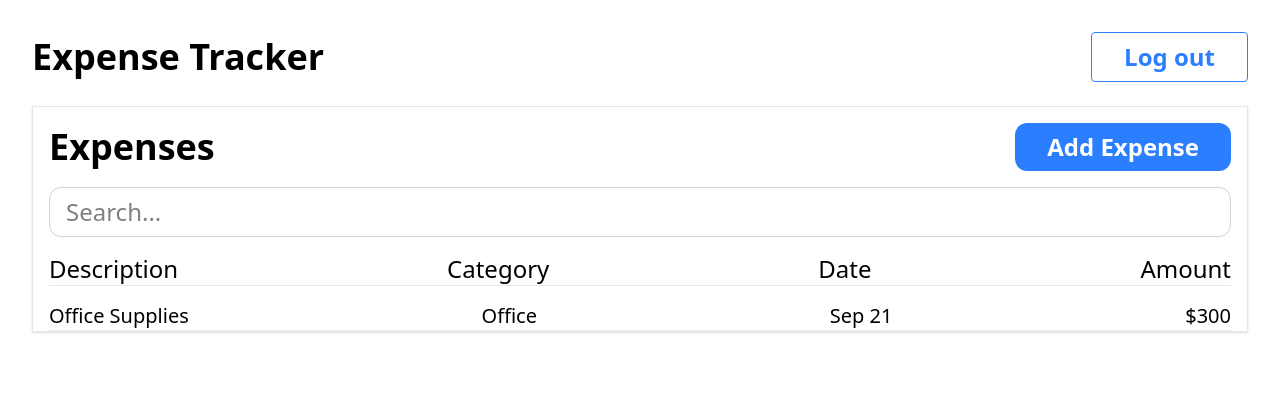
Repository: Syed-Mohsin-Ali786/frontend-expense-tracker
Page: /
The author's editor kept a copy of each file at every save. The page is drawn from the files as they stood at one save, then again after the next save.
The browser window is 1280 px wide. The pictures show the whole page.
The project was rebuilt for these pictures with package versions that can differ from the ones it lists, and the page was loaded fresh each time. Also part of the build but not shown: src/components/ui/input.tsx, src/components/ui/label.tsx.

Above is the page before, as saved 2025-09-29 10:09:51.

### src/App.tsx
import "./App.css";
import { AddExpenseDialog } from "./components/AddExpenseDialog";

function App() {
  const handleClick=(e)=>{
    console.log(e);
    <AddExpenseDialog/>

  }
  return (
    <div className=" mt-4 mx-4 p-4">
      {/* Header */}
      <header className="flex items-center justify-between">
        <h1 className="text-4xl  font-semibold">Expense Tracker</h1>
        <button className="cursor-pointer border border-blue-500 py-2 px-3 md:px-6 lg:px-8 rounded font-semibold text-blue-500 text-2xl hover:bg-blue-500 hover:text-[#fff]">
          Log out
        </button>
      </header>

      {/* The main page */}
      <section className="mt-6 shadow border-gray-200 border px-4">
        {/* Expenses */}
        <div className="flex flex-col justify-between mt-4 ">
          <div className="flex justify-between items-center ">
            <h1 className="text-4xl  font-semibold">Expenses</h1>
            <button onClick={handleClick} className="cursor-pointer hover:bg-blue-600 bg-blue-500  py-2 px-3 md:px-6 lg:px-8 rounded-[12px] font-semibold text-[#ffff] text-2xl">
              Add Expense
            </button>
          </div>
          <div>
            <input
              type="text"
              placeholder="Search..."
              className="py-2 px-4 w-full text-2xl border-gray-300 border rounded-[12px] mt-4 outline-gray-500 "
            />
            <div className="flex text-2xl items-center justify-between mt-4 border-gray-200 border-b">
              <p>Description</p>
              <p>Category</p>
              <p>Date</p>
              <p>Amount</p>
            </div>
            <div className="flex text-xl items-center justify-between mt-4 border-gray-200 border-b">
              <p>Office Supplies</p>
              <p>Office</p>
              <p> Sep 21</p>
              <p>$300</p>
            </div>
          </div>
        </div>
        {/* Charts */}
        <div>

        </div>
      </section>
    </div>
  );
}

export default App;

### src/components/AddExpenseDialog.tsx
import {
  Dialog,
  DialogContent,
  DialogHeader,
  DialogTitle,
  DialogTrigger,
} from "@/components/ui/dialog"
import { Button } from "@/components/ui/button"
import { Input } from "@/components/ui/input"
import { Label } from "@/components/ui/label"

export function AddExpenseDialog() {
  return (
    <Dialog>
      <DialogTrigger asChild>
        <Button>Add Expense</Button>
      </DialogTrigger>
      <DialogContent>
        <DialogHeader>
          <DialogTitle>Add New Expense</DialogTitle>
        </DialogHeader>
        <form className="space-y-4">
          <div>
            <Label>Amount</Label>
            <Input type="number" placeholder="Enter amount" />
          </div>
          <div>
            <Label>Category</Label>
            <Input type="text" placeholder="Food, Travel, etc." />
          </div>
          <div>
            <Label>Date</Label>
            <Input type="date" />
          </div>
          <div>
            <Label>Description</Label>
            <Input type="text" placeholder="Optional description" />
          </div>
          <Button type="submit" className="w-full">Save</Button>
        </form>
      </DialogContent>
    </Dialog>
  )
}

### src/components/ui/dialog.tsx
import * as React from "react"
import * as DialogPrimitive from "@radix-ui/react-dialog"
import { XIcon } from "lucide-react"

import { cn } from "@/lib/utils"

function Dialog({
  ...props
}: React.ComponentProps<typeof DialogPrimitive.Root>) {
  return <DialogPrimitive.Root data-slot="dialog" {...props} />
}

function DialogTrigger({
  ...props
}: React.ComponentProps<typeof DialogPrimitive.Trigger>) {
  return <DialogPrimitive.Trigger data-slot="dialog-trigger" {...props} />
}

function DialogPortal({
  ...props
}: React.ComponentProps<typeof DialogPrimitive.Portal>) {
  return <DialogPrimitive.Portal data-slot="dialog-portal" {...props} />
}

function DialogClose({
  ...props
}: React.ComponentProps<typeof DialogPrimitive.Close>) {
  return <DialogPrimitive.Close data-slot="dialog-close" {...props} />
}

function DialogOverlay({
  className,
  ...props
}: React.ComponentProps<typeof DialogPrimitive.Overlay>) {
  return (
    <DialogPrimitive.Overlay
      data-slot="dialog-overlay"
      className={cn(
        "data-[state=open]:animate-in data-[state=closed]:animate-out data-[state=closed]:fade-out-0 data-[state=open]:fade-in-0 fixed inset-0 z-50 bg-black/50",
        className
      )}
      {...props}
    />
  )
}

function DialogContent({
  className,
  children,
  showCloseButton = true,
  ...props
}: React.ComponentProps<typeof DialogPrimitive.Content> & {
  showCloseButton?: boolean
}) {
  return (
    <DialogPortal data-slot="dialog-portal">
      <DialogOverlay />
      <DialogPrimitive.Content
        data-slot="dialog-content"
        className={cn(
          "bg-background data-[state=open]:animate-in data-[state=closed]:animate-out data-[state=closed]:fade-out-0 data-[state=open]:fade-in-0 data-[state=closed]:zoom-out-95 data-[state=open]:zoom-in-95 fixed top-[50%] left-[50%] z-50 grid w-full max-w-[calc(100%-2rem)] translate-x-[-50%] translate-y-[-50%] gap-4 rounded-lg border p-6 shadow-lg duration-200 sm:max-w-lg",
          className
        )}
        {...props}
      >
        {children}
        {showCloseButton && (
          <DialogPrimitive.Close
            data-slot="dialog-close"
            className="ring-offset-background focus:ring-ring data-[state=open]:bg-accent data-[state=open]:text-muted-foreground absolute top-4 right-4 rounded-xs opacity-70 transition-opacity hover:opacity-100 focus:ring-2 focus:ring-offset-2 focus:outline-hidden disabled:pointer-events-none [&_svg]:pointer-events-none [&_svg]:shrink-0 [&_svg:not([class*='size-'])]:size-4"
          >
            <XIcon />
            <span className="sr-only">Close</span>
          </DialogPrimitive.Close>
        )}
      </DialogPrimitive.Content>
    </DialogPortal>
  )
}

function DialogHeader({ className, ...props }: React.ComponentProps<"div">) {
  return (
    <div
      data-slot="dialog-header"
      className={cn("flex flex-col gap-2 text-center sm:text-left", className)}
      {...props}
    />
  )
}

function DialogFooter({ className, ...props }: React.ComponentProps<"div">) {
  return (
    <div
      data-slot="dialog-footer"
      className={cn(
        "flex flex-col-reverse gap-2 sm:flex-row sm:justify-end",
        className
      )}
      {...props}
    />
  )
}

function DialogTitle({
  className,
  ...props
}: React.ComponentProps<typeof DialogPrimitive.Title>) {
  return (
    <DialogPrimitive.Title
      data-slot="dialog-title"
      className={cn("text-lg leading-none font-semibold", className)}
      {...props}
    />
  )
}

function DialogDescription({
  className,
  ...props
}: React.ComponentProps<typeof DialogPrimitive.Description>) {
  return (
    <DialogPrimitive.Description
      data-slot="dialog-description"
      className={cn("text-muted-foreground text-sm", className)}
      {...props}
    />
  )
}

export {
  Dialog,
  DialogClose,
  DialogContent,
  DialogDescription,
  DialogFooter,
  DialogHeader,
  DialogOverlay,
  DialogPortal,
  DialogTitle,
  DialogTrigger,
}

### src/components/ui/button.tsx
import * as React from "react"
import { Slot } from "@radix-ui/react-slot"
import { cva, type VariantProps } from "class-variance-authority"

import { cn } from "@/lib/utils"

const buttonVariants = cva(
  "inline-flex items-center justify-center gap-2 whitespace-nowrap rounded-md text-sm font-medium transition-all disabled:pointer-events-none disabled:opacity-50 [&_svg]:pointer-events-none [&_svg:not([class*='size-'])]:size-4 shrink-0 [&_svg]:shrink-0 outline-none focus-visible:border-ring focus-visible:ring-ring/50 focus-visible:ring-[3px] aria-invalid:ring-destructive/20 dark:aria-invalid:ring-destructive/40 aria-invalid:border-destructive",
  {
    variants: {
      variant: {
        default: "bg-primary text-primary-foreground hover:bg-primary/90",
        destructive:
          "bg-destructive text-white hover:bg-destructive/90 focus-visible:ring-destructive/20 dark:focus-visible:ring-destructive/40 dark:bg-destructive/60",
        outline:
          "border bg-background shadow-xs hover:bg-accent hover:text-accent-foreground dark:bg-input/30 dark:border-input dark:hover:bg-input/50",
        secondary:
          "bg-secondary text-secondary-foreground hover:bg-secondary/80",
        ghost:
          "hover:bg-accent hover:text-accent-foreground dark:hover:bg-accent/50",
        link: "text-primary underline-offset-4 hover:underline",
      },
      size: {
        default: "h-9 px-4 py-2 has-[>svg]:px-3",
        sm: "h-8 rounded-md gap-1.5 px-3 has-[>svg]:px-2.5",
        lg: "h-10 rounded-md px-6 has-[>svg]:px-4",
        icon: "size-9",
      },
    },
    defaultVariants: {
      variant: "default",
      size: "default",
    },
  }
)

function Button({
  className,
  variant,
  size,
  asChild = false,
  ...props
}: React.ComponentProps<"button"> &
  VariantProps<typeof buttonVariants> & {
    asChild?: boolean
  }) {
  const Comp = asChild ? Slot : "button"

  return (
    <Comp
      data-slot="button"
      className={cn(buttonVariants({ variant, size, className }))}
      {...props}
    />
  )
}

export { Button, buttonVariants }

Loaded but not shown: index.html (common file); src/main.tsx (common file); src/App.css (common file); src/lib/utils.ts (common file)

After the next save:
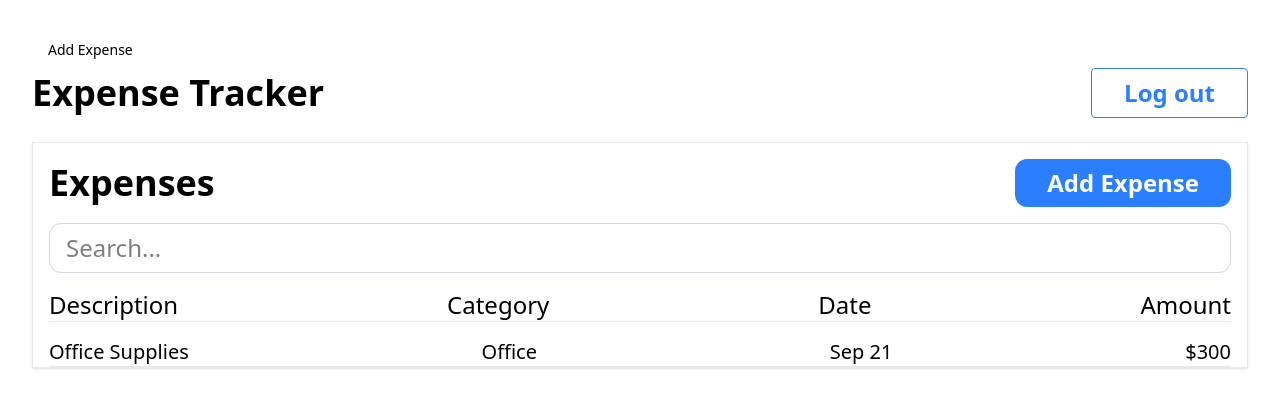
Saved 34 s later.
--- a/src/App.tsx
+++ b/src/App.tsx
@@ -2,14 +2,12 @@ import "./App.css";
 import { AddExpenseDialog } from "./components/AddExpenseDialog";
 
 function App() {
-  const handleClick=(e)=>{
-    console.log(e);
-    <AddExpenseDialog/>
-
+  const handleClick=()=>{
   }
   return (
     <div className=" mt-4 mx-4 p-4">
       {/* Header */}
+      <AddExpenseDialog/>
       <header className="flex items-center justify-between">
         <h1 className="text-4xl  font-semibold">Expense Tracker</h1>
         <button className="cursor-pointer border border-blue-500 py-2 px-3 md:px-6 lg:px-8 rounded font-semibold text-blue-500 text-2xl hover:bg-blue-500 hover:text-[#fff]">
